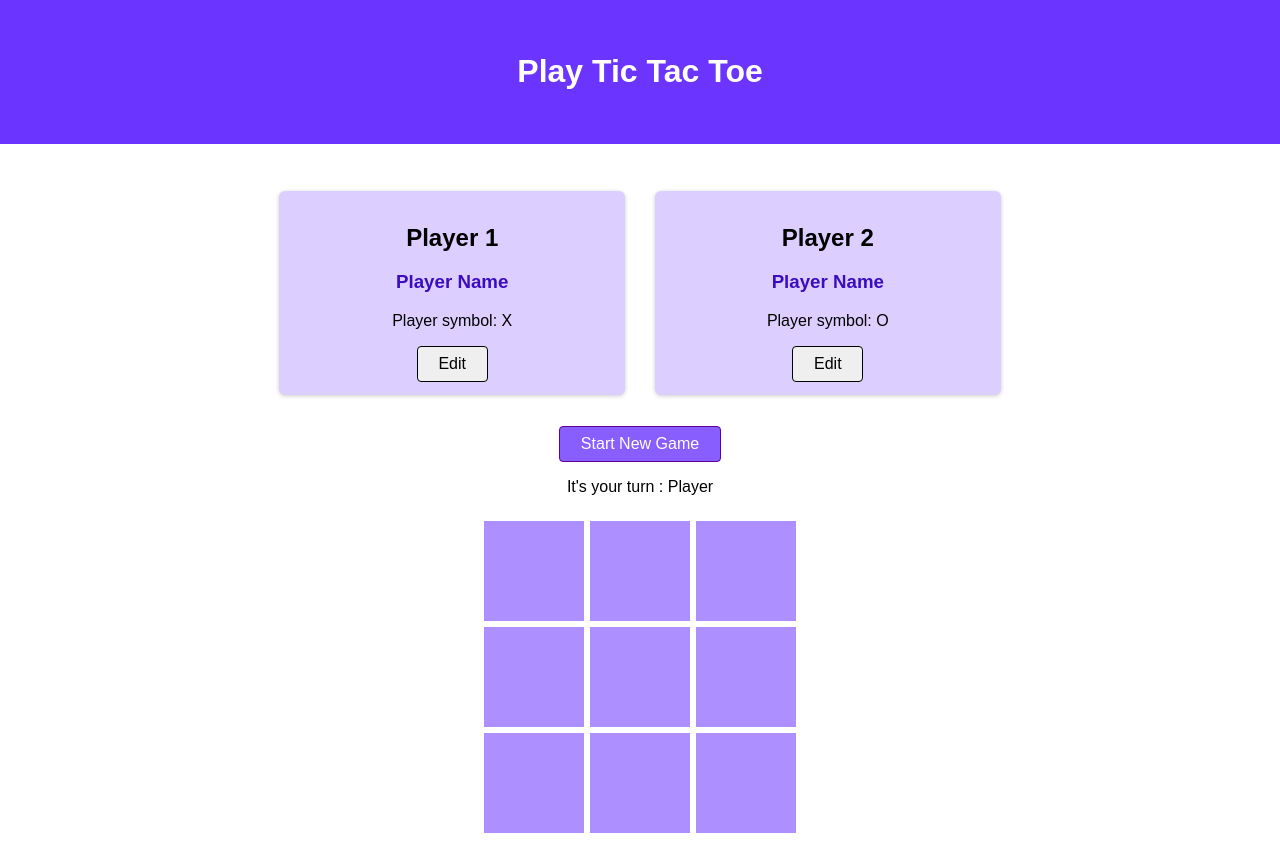
Repository: Harjot00/Wevdev
Page: Tic tac toe/index.html
An editor plug-in stored every save of this project. The page is shown before and after the next save, followed by the edit.
The browser window is 1280 px wide. The pictures show the whole page.
After loading, the first visible `#start-btn` was clicked once.
Some web fonts or font styles are not loaded; a fallback is used.

Above is the page before, as saved 2022-05-22 19:11:27.

### Tic tac toe/index.html
<!DOCTYPE html>
<html lang="en">
<head>
    <meta charset="UTF-8">
    <meta http-equiv="X-UA-Compatible" content="IE=edge">
    <meta name="viewport" content="width=device-width, initial-scale=1.0">
    <link rel="stylesheet" href="styles.css">
    <link href="https://fonts.googleapis.com/css2?family=Roboto:wght@100&family=Send+Flowers&display=swap" rel="stylesheet">
    <title>Tic Tac Toe</title>
    <script src="funcs.js" defer></script>
    <script src="app.js" defer></script>


</head>
<body>
    <div id="curtain"></div>
    <header>
        <h1>Play Tic Tac Toe</h1>

    </header>
    <main>
        <aside id="playerinfo" >
            <div id="playerinput">
                <h2>Choose your name</h2>
            <form >
                <div>
                    <label for = "playername">Player name</label>
                    <input type="text" name="username" id="pname" required>

                </div>
                <div >
                    <button id="cancel-btn" class="btn-class"  type="button"> Cancel</button>
                    <button class="btn-class" id="confirm-btn" type="button">Confirm</button>
                </div>
            </form>
            </div>
        </aside>

        <div id="gamestyle">
            <ol>
                <li>
                    <h2>Player 1</h2>
                    <h3 id="player1-name">Player Name</h3>
                    <p>Player symbol: X</p>
                    <button class="btn-class" id="player1editbtn">Edit</button>
                </li>
                <li>
                    <h2>Player 2</h2>
                    <h3 id="player2-name">Player Name</h3>
                    <p>Player symbol: O</p>
                    <button class="btn-class" id="player2editbtn">Edit</button>
                </li>
            </ol>
            <button id="start-btn">Start New Game</button>
        </div>
         <section id="active-game">
             <div id="game-over">
                <h2>You won Player</h2>
                <p>click "Start New Game" above, to start a new game. </p>
             </div>
             <p >It's your turn : Player</p>
             <ol class="game-board">
                 <li></li>
                 <li></li>
                 <li></li>
                 <li></li>
                 <li></li>
                 <li></li>
                 <li></li>
                 <li></li>
                 <li></li>
             </ol>
         </section>
    </main>

</body>
</html>

### Tic tac toe/styles.css
@import url('https://fonts.googleapis.com/css2?family=Roboto:wght@100&family=Send+Flowers&display=swap');
body{
    font-family: 'Montserrat', sans-serif;
    margin: 0;
    padding: 0;
}
header{
    background-color: #6b35ff;
    margin:0 0 2rem 0;
    padding: 2rem 0;
    color:white;
    text-align: center;
}
#curtain {
    text-align: center;
    width:100vw;
    height:100vh;
    position:absolute;
    top:0;
    left:0;
    background-color: rgba(0,0,0,0.8);
    display:none;

}
aside{
    display:none;
    position:absolute;
    top:30%;
    width:100vw;



}

aside div h2{
    margin:0.7rem 0;
}
aside div input {
    display:block;
    margin:1rem auto;
    height:1.6rem;
    width:50%;
}
 #playerinput{
    margin:0 auto;
    padding:0.8rem;
    background-color:white;
    border-radius: 6px;
    width:50%;
    text-align: center;


}

.btn-class{
    padding:0.5rem 1.3rem;
    font-size:1rem;
    border:1px solid;
    border-radius: 4px;
}
#player1editbtn:hover{
    cursor:pointer;
    background-color:#ac8eff;

}
#player2editbtn:hover{
    cursor:pointer;
    background-color:#ac8eff;

}


#btn-div button:hover{
    background-color: #895eff;
    color:white;
    border-color: #441daf;
    cursor: pointer;
}
#cancel-btn:hover{
    cursor: pointer;
    background-color:#ac8eff;
    color: white;
}
#confirm-btn{
    background-color: #895eff;
    color:white;
}
#confirm-btn:hover{
    cursor: pointer;
    background-color:#6831ff;
    color: white;
}
#gamestyle ol{
    display:flex;
    list-style: none;
    padding:0px;
    justify-content: center;
}
#gamestyle li{
    padding:0.8rem;
    margin: 15px;
    width:25%;
    background-color: #dccfff;
    text-align:center;
    border-radius: 6px;
    box-shadow: rgba(0, 0, 0, 0.2) 0px 1px 4px;

}
#gamestyle li h3{
    color:#3c0cc0;
}
#start-btn{
    padding:0.5rem 1.3rem;
    font-size:1rem;
    border:1px solid rgb(96, 0, 148);
    border-radius: 4px;
    background-color:#895eff;
    color:white;
    margin:0 auto;
    display:block;


}
#start-btn:hover{
    cursor: pointer;
    background-color:#6430f4;
}
#game-over{
    width:45%;
    margin:25px auto;
    background-color:#160052;
    padding:20px 0px;
    color:white;
    display:none;
}
.game-board{
    list-style: none;
    display:none;
    grid-template-columns: repeat(3,100px);
    grid-template-rows: repeat(3,100px);
    justify-content: center;
    padding:0;
    gap:6px;
    margin:25px 0;

}
.game-board li {
    background-color:#ad8fff;
}
.game-board li:hover{
    background-color:#6c36ff;
}
section{
    text-align: center;
}
@media only screen and (max-width: 768px){
    #gamestyle li{
         width:30%;}

    #playerinput{
        width:70vw;
    }

    #playerinput h2{
        font-size:1rem;

    }
    #playerinput button{
        padding:0.3rem 1rem;
    }
    #playerinput input{
        width:70%;
        margin:15px auto;
    }

}

### Tic tac toe/funcs.js
function playerConfig(){
    document.getElementById('curtain').style.display = 'block';
    document.getElementById('playerinfo').style.display = 'block';
    playerserial = 1;

}
function player2Config(){
    document.getElementById('curtain').style.display = 'block';
    document.getElementById('playerinfo').style.display = 'block';
    playerserial = 2;

}
function closeplayerconfig(){
    document.getElementById('curtain').style.display = 'none';
    document.getElementById('playerinfo').style.display = 'none';
}
function playernamelog(){
    console.log(playerserial);
    if (playerserial == 1){
        document.getElementById('player1-name').innerText = document.getElementById('pname').value;
        document.getElementById('pname').value = '';
    }
    else{
        document.getElementById('player2-name').innerText = document.getElementById('pname').value;
        document.getElementById('pname').value = '';
    }
    document.getElementById('curtain').style.display = 'none';
    document.getElementById('playerinfo').style.display = 'none';

}
function startgame(){
    if ( document.getElementById('player1-name').innerText == 'Player Name' && document.getElementById('player2-name').innerText == 'Player Name'){
    document.getElementsByClassName('game-board')[0].style.display = 'grid';
}
    else{
        alert("Please enter the names of the player's first ")
    }
}

### Tic tac toe/app.js
let playerserial = null ;

const player1editbtnele = document.getElementById('player1editbtn');
const player2editbtnele = document.getElementById('player2editbtn');
player1editbtnele.addEventListener("click",playerConfig);
player2editbtnele.addEventListener("click",player2Config);


const asidebackdrop = document.getElementById('curtain');
asidebackdrop.addEventListener("click",closeplayerconfig);

const cancelbtn = document.getElementById('cancel-btn');
cancelbtn.addEventListener("click",closeplayerconfig);


const confirmbtnele = document.getElementById('confirm-btn');
confirmbtnele.onclick =  playernamelog;

const startgamebtn = document.getElementById('start-btn');
startgamebtn.addEventListener("click",startgame)

After the next save:
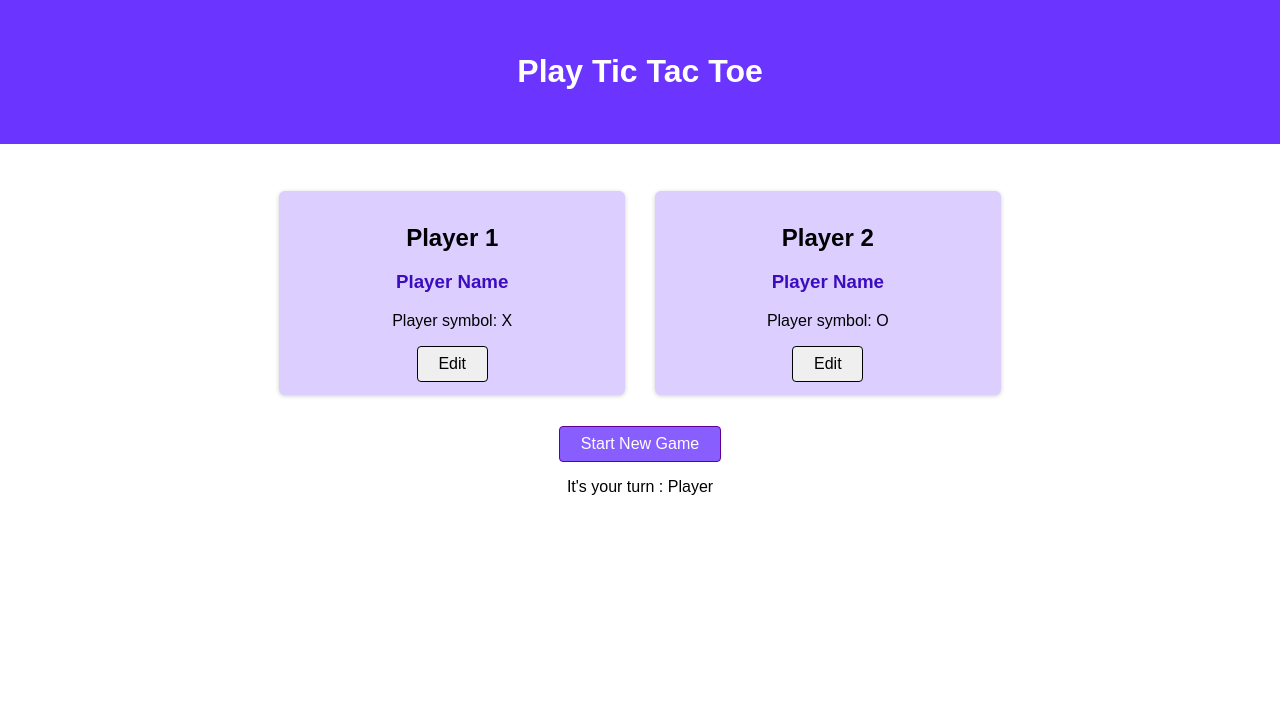
Saved 28 s later.
--- a/Tic tac toe/funcs.js
+++ b/Tic tac toe/funcs.js
@@ -29,7 +29,7 @@ function playernamelog(){
 
 }
 function startgame(){
-    if ( document.getElementById('player1-name').innerText == 'Player Name' && document.getElementById('player2-name').innerText == 'Player Name'){
+    if ( document.getElementById('player1-name').innerText != 'Player Name' && document.getElementById('player2-name').innerText != 'Player Name'){
     document.getElementsByClassName('game-board')[0].style.display = 'grid';
 }
     else{
